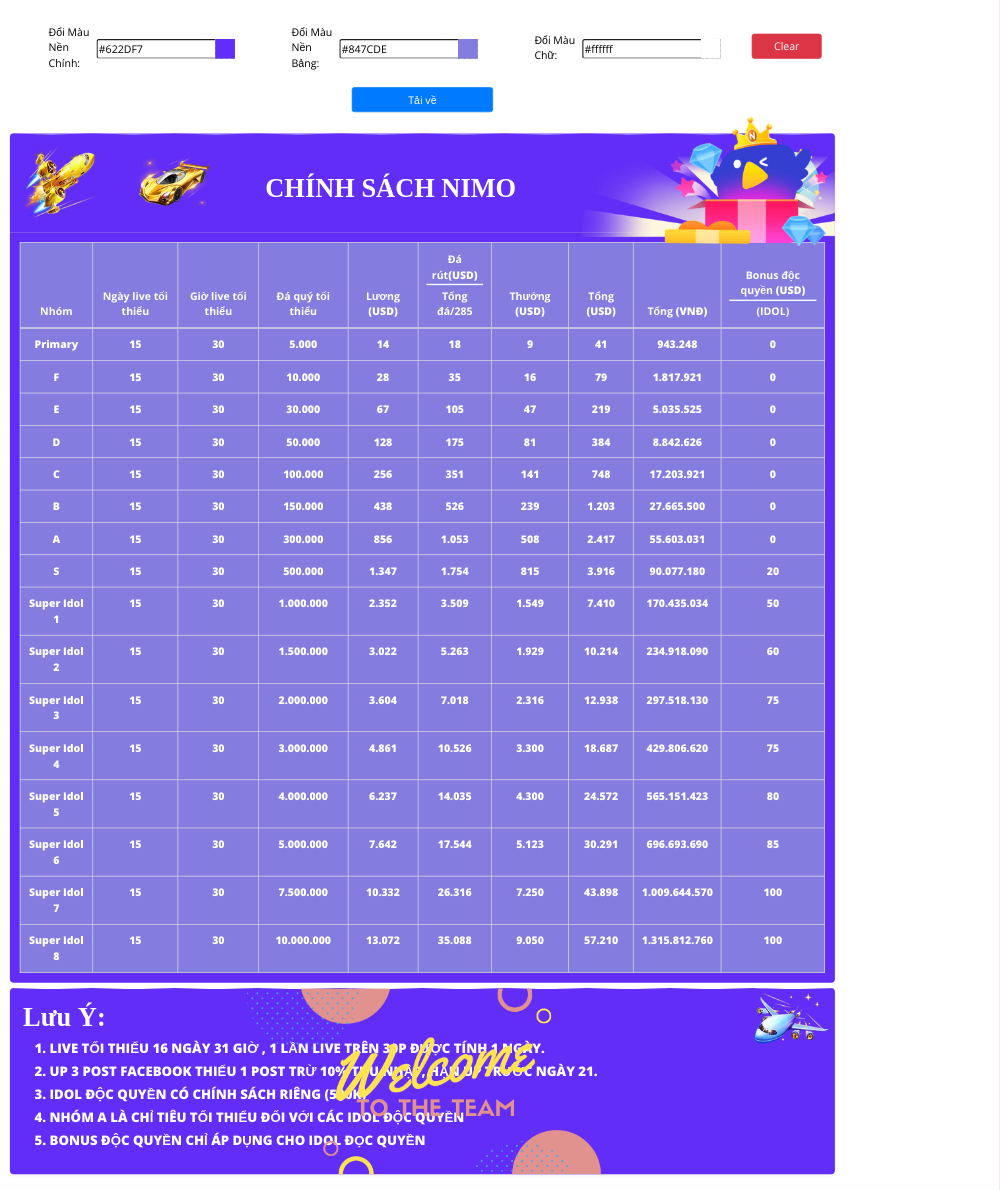
Repository: dav1601/nimo-work
Page: index.html
The author's editor kept a copy of each file at every save. The page is drawn from the files as they stood at one save, then again after a run of saves.
The browser window is 1280 px wide. The page is 1515 px wide, so the pictures cover 1515 px, including what lies to the right of the window. The pictures show the whole page, at 66% of full size.

Above is the page before, as saved 2022-04-15 21:25:34.

### index.html
<!DOCTYPE html>
<html lang="en">

<head>
    <meta charset="UTF-8">
    <meta http-equiv="X-UA-Compatible" content="IE=edge">
    <meta name="viewport" content="width=device-width, initial-scale=1.0">
    <link rel="icon"
        href="https://res.cloudinary.com/vanh-tech/image/upload/v1649967750/201907151563178378869_1599513750510_avatar-2_hbsqzz.png"
        type="image/png">
    <link rel="stylesheet" href="https://cdn.jsdelivr.net/npm/bootstrap@4.6.1/dist/css/bootstrap.min.css"
        integrity="sha384-zCbKRCUGaJDkqS1kPbPd7TveP5iyJE0EjAuZQTgFLD2ylzuqKfdKlfG/eSrtxUkn" crossorigin="anonymous">
    <link rel="stylesheet" href="./Coloris-main/dist/coloris.min.css">
    <script src="https://cdn.jsdelivr.net/npm/jquery@3.5.1/dist/jquery.slim.min.js"
        integrity="sha384-DfXdz2htPH0lsSSs5nCTpuj/zy4C+OGpamoFVy38MVBnE+IbbVYUew+OrCXaRkfj"
        crossorigin="anonymous"></script>
    <script src="https://cdn.jsdelivr.net/npm/popper.js@1.16.1/dist/umd/popper.min.js"
        integrity="sha384-9/reFTGAW83EW2RDu2S0VKaIzap3H66lZH81PoYlFhbGU+6BZp6G7niu735Sk7lN"
        crossorigin="anonymous"></script>
    <script src="https://cdn.jsdelivr.net/npm/bootstrap@4.6.1/dist/js/bootstrap.min.js"
        integrity="sha384-VHvPCCyXqtD5DqJeNxl2dtTyhF78xXNXdkwX1CZeRusQfRKp+tA7hAShOK/B/fQ2"
        crossorigin="anonymous"></script>
    <script src="https://cdnjs.cloudflare.com/ajax/libs/jquery/3.6.0/jquery.min.js"
        integrity="sha512-894YE6QWD5I59HgZOGReFYm4dnWc1Qt5NtvYSaNcOP+u1T9qYdvdihz0PPSiiqn/+/3e7Jo4EaG7TubfWGUrMQ=="
        crossorigin="anonymous" referrerpolicy="no-referrer"></script>
    <script src="https://cdnjs.cloudflare.com/ajax/libs/html2canvas/1.4.1/html2canvas.min.js"
        integrity="sha512-BNaRQnYJYiPSqHHDb58B0yaPfCu+Wgds8Gp/gU33kqBtgNS4tSPHuGibyoeqMV/TJlSKda6FXzoEyYGjTe+vXA=="
        crossorigin="anonymous" referrerpolicy="no-referrer"></script>
    <script src="./Coloris-main/dist/coloris.min.js"></script>


    <title>Chính sách Nimo</title>
</head>

<body>
    <script>
        $(function () {
            $("#color-1").val("#622DF7");
            $("#color-2").val("#847CDE");
            $("#color-3").val("#ffffff");
            $(document).on('change', "#color-1", function () {
                document.documentElement.style.setProperty('--bg-main', $(this).val());
            });
            $(document).on('change', "#color-2", function () {
                document.documentElement.style.setProperty('--bg-table', $(this).val());
            });
            $(document).on('change', "#color-3", function () {
                document.documentElement.style.setProperty('--text-color', $(this).val());
            });
            $("#clear").click(function (e) {
                e.preventDefault();
                $("#color-1").val("#622DF7").change();
                $("#color-2").val("#847CDE").change();
                $("#color-3").val("#ffffff").change();


            });
            Coloris({
                el: '.coloris',
                format: 'hex',
                theme: 'large',
                themeMode: 'dark',
                clearButton: {
                    show: true,
                    label: 'Clear'
                },
            });
            const main = document.documentElement.style.setProperty('--bg-main', '#622DF7');
            const table = document.documentElement.style.setProperty('--bg-table', '#847CDE');
            const text = document.documentElement.style.setProperty('--text-color', '#ffffff');
            $("#down").click(function () {
                html2canvas(document.getElementById("export")).then(function (canvas) {
                    var anchorTag = document.createElement("a");
                    document.body.appendChild(anchorTag);
                    anchorTag.download = "nimo-thuy-do.png";
                    anchorTag.href = canvas.toDataURL();
                    anchorTag.target = '_blank';
                    anchorTag.click();
                });
            });
        });
    </script>
    <style>
        @import url('https://fonts.googleapis.com/css2?family=Open+Sans:ital,wght@0,300;0,400;0,500;0,600;0,700;0,800;1,300;1,400;1,500;1,600;1,700;1,800&display=swap');
        @import url('https://fonts.googleapis.com/css2?family=Montserrat:ital,wght@0,100;0,200;0,300;0,400;0,500;0,600;0,700;0,800;0,900;1,100;1,200;1,300;1,400;1,500;1,600;1,700;1,800&display=swap');
        @import url('https://fonts.googleapis.com/css2?family=Pacifico&display=swap');

        :root {
            --bg-main: #622DF7;
            --bg-table: #847CDE;
            --text-color: #ffffff;
        }

        body {
            color: var(--text-color);
            font-family: 'Open Sans', sans-serif;

        }



        h1 {
            font-family: 'Monument', cursive;
            font-weight: 900;
        }

        header {
            height: auto;
            /* overflow: hidden; */
            padding: 20px;
            background: var(--bg-main);
            height: 150px;
            box-shadow: 0 3px 5px rgba(0, 0, 0, 0.05);
            border-top-left-radius: 6px;
            border-top-right-radius: 6px;
            position: relative;
        }

        footer {
            height: auto;
            padding: 20px;
            background: var(--bg-main);
            box-shadow: 0 3px 5px rgba(0, 0, 0, 0.05);
            border-radius: 6px;
            position: relative;
        }

        .img-1 {
            top: 20px;
        }

        .img-2 {
            right: 385px;
            top: -40px;
        }

        .img-3 {
            left: 165px;
            top: 20px;
        }

        .img-4 {
            right: 600px;
            top: 20px;
        }

        .img-5 {
            left: 320px;
            top: 15px;
        }

        .img-6 {
            left: 480px;
            top: 14px;
        }

        .img-7 {
            right: 0;
            top: -25px;
        }

        .nimo-9 {
            right: 10px;
            top: -15px;
        }

        .nimo-10 {
            right: 60px;
            top: 1px;
        }

        .table {
            color: var(--text-color);
            background: var(--bg-table);
            font-family: 'Open Sans', sans-serif;
            text-align: center;
            font-size: 16px;
            font-weight: 900;
        }

        li {
            font-size: 20px;
            text-transform: uppercase;
            margin-bottom: 5px;
        }

        header:before,
        header:after,
        footer:before,
        footer:after {
            content: "";
            height: 2px;
            position: absolute;
            left: 0;
            right: 0;
            clip-path: polygon(0% 0%, 5% 100%, 10% 0%, 15% 100%, 20% 0%, 25% 100%, 30% 0%, 35% 100%, 40% 0%, 45% 100%, 50% 0%, 55% 100%, 60% 0%, 65% 100%, 70% 0%, 75% 100%, 80% 0%, 85% 100%, 90% 0%, 95% 100%, 100% 0%);
            ;
        }

        header:before,
        footer:before {
            background-color: var(--text-color);
            top: 0;
        }

        /* header:after,
        footer::after {
            background-color: #622DF7;
            bottom: -1px;
        } */
        label {
            color: black;
        }

        input {
            border-radius: 4px;
            outline: none;
            border-color: none;
        }

        #table {
            padding: 15px;
            background: var(--bg-main);
            border-bottom-left-radius: 6px;
            border-bottom-right-radius: 6px;
        }

        .main-header {
            margin-top: 2.5rem !important;
        }

        @media only screen and (max-width: 1366px) {

            .img-2,
            .img-6,
            .img-5 {
                display: none;
            }

            .img-4 {
                right: 14px;
            }

            .img-3 {
                left: 192px;
                top: 20px;
            }

            .nimo-10 {
                right: -250px;
                top: 1px;
            }

            .img-7 {
                right: 0px;
                top: -25px;
            }

        }

        @media only screen and (max-width: 1080px) {
            .img-4 {
                display: none;
            }

            .img-3 {
                left: 130px;
                top: 20px;
            }

            .nimo-10 {
                right: -454px;
                top: 1px;
            }

            .nimo-9 {
                display: none;
            }


        }

        @media only screen and (max-width: 1024px) {
            .img-3 {
                display: none;
            }

            .img-1 {
                left: 65px;
            }
        }
    </style>
    <div id="wrapper">
        <div class="row mx-0 justify-content-center align-items-center my-2">
            <div class="form-group col-3 mx-4 mt-4 d-flex align-items-center justify-content-center ">
                <label for="1" class="mx-2 d-block mt-1">Đổi Màu Nền Chính:</label>
                <input type="text" class="coloris" id="color-1" value="" />
            </div>
            <div class="form-group col-3 mx-4 mt-4 d-flex align-items-center justify-content-center ">
                <label for="2" class="mx-2 d-block mt-1">Đổi Màu Nền Bảng:</label>
                <input type="text" id="color-2" class="coloris" value="" />
            </div>
            <div class="form-group col-3 mx-4 mt-4 d-flex align-items-center justify-content-center ">
                <label for="3" class="mx-2 d-block mt-1">Đổi Màu Chữ:</label>
                <input type="text" id="color-3" class="coloris" value="" />
            </div>
            <button type="button" class="btn btn-danger mx-2 col-1" id="clear">Clear</button>
            <button type="button" class="btn btn-primary col-2" id="down">Tải về</button>
        </div>
        <div class="container-fluid py-4" id="export">
            <header>
                <div class="img-2 position-absolute">
                    <img src="img/img-5.gif" alt="">
                </div>
                <div class="img-1 position-absolute">
                    <img src="img/img-1.webp" alt="">
                </div>
                <div class="img-5 position-absolute">
                    <img src="img/img-3.webp" alt="">
                </div>
                <div class="img-6 position-absolute">
                    <img src="img/img-7.png" alt="">
                </div>
                <div class="img-3 position-absolute">
                    <img src="img/img-2.webp" alt="" width="112" height="112">
                </div>
                <div class="img-4 position-absolute">
                    <img src="img/img-4.png" alt="" width="112" height="112">
                </div>
                <div class="img-7 position-absolute">
                    <img src="img/img-6.png" alt="">
                </div>
                <div class="d-flex justify-content-center align-items-center">
                    <h1 class="text-center text-uppercase   d-inline-block main-header"
                        style="margin-right: 6rem!important;">
                        Chính sách Nimo</h1>
                </div>
            </header>
            <div id="table">
                <table class="table table-bordered mb-0">
                    <thead>
                        <tr>
                            <th scope="col">Nhóm</th>
                            <th scope="col">Ngày live tối thiểu</th>
                            <th scope="col">Giờ live tối thiểu</th>
                            <th scope="col">Đá quý tối thiểu</th>
                            <th scope="col">Lương <strong>(USD)</strong></th>
                            <th scope="col" class=""><span class="d-block mb-1"
                                    style="border-bottom: 2px solid var(--text-color); padding-bottom: 2px ;">Đá
                                    rút<strong>(USD)</strong></span><span>Tổng đá/285</span>
                            </th>
                            <th scope="col">Thưởng <strong>(USD)</strong></th>
                            <th scope="col">Tổng <strong>(USD)</strong></th>
                            <th scope="col">Tổng <strong>(VNĐ)</strong></th>
                            <th scope="col" class=""><span class="d-block mb-1"
                                    style="border-bottom: 2px solid var(--text-color); padding-bottom: 2px ;">Bonus độc
                                    quyền <strong>(USD)</strong></span><span>(IDOL)</span></th>
                        </tr>
                    </thead>
                    <tbody>
                        <tr>
                            <td>Primary</td>
                            <td>15</td>
                            <td>30</td>
                            <td>5.000</td>
                            <td>14</td>
                            <td>18</td>
                            <td>9</td>
                            <td>41</td>
                            <td>943.248</td>
                            <td>0</td>
                        </tr>
                        <tr>
                            <td>F</td>
                            <td>15</td>
                            <td>30</td>
                            <td>10.000</td>
                            <td>28</td>
                            <td>35</td>
                            <td>16</td>
                            <td>79</td>
                            <td>1.817.921</td>
                            <td>0</td>
                        </tr>
                        <tr>
                            <td>E</td>
                            <td>15</td>
                            <td>30</td>
                            <td>30.000</td>
                            <td>67</td>
                            <td>105</td>
                            <td>47</td>
                            <td>219</td>
                            <td>5.035.525</td>
                            <td>0</td>
                        </tr>
                        <tr>
                            <td>D</td>
                            <td>15</td>
                            <td>30</td>
                            <td>50.000</td>
                            <td>128</td>
                            <td>175</td>
                            <td>81</td>
                            <td>384</td>
                            <td>8.842.626</td>
                            <td>0</td>
                        </tr>
                        <tr>
                            <td>C</td>
                            <td>15</td>
                            <td>30</td>
                            <td>100.000</td>
                            <td>256</td>
                            <td>351</td>
                            <td>141</td>
                            <td>748</td>
                            <td>17.203.921</td>
                            <td>0</td>
                        </tr>
                        <tr>
                            <td>B</td>
                            <td>15</td>
                            <td>30</td>
                            <td>150.000</td>
                            <td>438</td>
                            <td>526</td>
                            <td>239</td>
                            <td>1.203</td>
                            <td>27.665.500</td>
                            <td>0</td>
                        </tr>
                        <tr>
                            <td>A</td>
                            <td>15</td>
                            <td>30</td>
                            <td>300.000</td>
                            <td>856</td>
                            <td>1.053</td>
                            <td>508</td>
                            <td>2.417</td>
                            <td>55.603.031</td>
                            <td>0</td>
                        </tr>
                        <tr>
                            <td>S</td>
                            <td>15</td>
                            <td>30</td>
                            <td>500.000</td>
                            <td>1.347</td>
                            <td>1.754</td>
                            <td>815</td>
                            <td>3.916</td>
                            <td>90.077.180</td>
                            <td>20</td>
                        </tr>
                        <tr>
                            <td class="sp">Super Idol 1</td>
                            <td>15</td>
                            <td>30</td>
                            <td>1.000.000</td>
                            <td>2.352</td>
                            <td>3.509</td>
                            <td>1.549</td>
                            <td>7.410</td>
                            <td>170.435.034</td>
                            <td>50</td>
                        </tr>
                        <tr>
                            <td class="sp">Super Idol 2</td>
                            <td>15</td>
                            <td>30</td>
                            <td>1.500.000</td>
                            <td>3.022</td>
                            <td>5.263</td>
                            <td>1.929</td>
                            <td>10.214</td>
                            <td>234.918.090</td>
                            <td>60</td>
                        </tr>
                        <tr>
                            <td class="sp">Super Idol 3</td>
                            <td>15</td>
                            <td>30</td>
                            <td>2.000.000</td>
                            <td>3.604</td>
                            <td>7.018</td>
                            <td>2.316</td>
                            <td>12.938</td>
                            <td>297.518.130</td>
                            <td>75</td>
                        </tr>
                        <tr>
                            <td class="sp">Super Idol 4</td>
                            <td>15</td>
                            <td>30</td>
                            <td>3.000.000</td>
                            <td>4.861</td>
                            <td>10.526</td>
                            <td>3.300</td>
                            <td>18.687</td>
                            <td>429.806.620</td>
                            <td>75</td>
                        </tr>
                        <tr>
                            <td class="sp">Super Idol 5</td>
                            <td>15</td>
                            <td>30</td>
                            <td>4.000.000</td>
                            <td>6.237</td>
                            <td>14.035</td>
                            <td>4.300</td>
                            <td>24.572</td>
                            <td>565.151.423</td>
                            <td>80</td>
                        </tr>
                        <tr>
                            <td class="sp">Super Idol 6</td>
                            <td>15</td>
                            <td>30</td>
                            <td>5.000.000</td>
                            <td>7.642</td>
                            <td>17.544</td>
                            <td>5.123</td>
                            <td>30.291</td>
                            <td>696.693.690</td>
                            <td>85</td>
                        </tr>
                        <tr>
                            <td class="sp">Super Idol 7</td>
                            <td>15</td>
                            <td>30</td>
                            <td>7.500.000</td>
                            <td>10.332</td>
                            <td>26.316</td>
                            <td>7.250</td>
                            <td>43.898</td>
                            <td>1.009.644.570</td>
                            <td>100</td>
                        </tr>
                        <tr>
                            <td class="sp">Super Idol 8</td>
                            <td>15</td>
                            <td>30</td>
                            <td>10.000.000</td>
                            <td>13.072</td>
                            <td>35.088</td>
                            <td>9.050</td>
                            <td>57.210</td>
                            <td>1.315.812.760</td>
                            <td>100</td>
                        </tr>


                    </tbody>
                </table>
            </div>
            <footer class="mt-2">
                <div class="nimo-9 position-absolute">
                    <img src="img/img-8.webp" alt="">
                </div>
                <div class="nimo-10 position-absolute">
                    <img src="img/img-9.png" alt="">
                </div>
                <h1>Lưu Ý:</h1>
                <ol>
                    <style>
                    ol li {
                        font-weight: 900;
                    }
                    </style>
                    <li>live tối thiểu 16 ngày 31 giờ , 1 lần live trên 30p được tính 1 ngày.</li>
                    <li>up 3 post facebook thiếu 1 post trừ 10% thu nhập, hạn up trước ngày 21.</li>
                    <li>idol độc quyền có chính sách riêng (500k)</li>
                    <li>Nhóm A là chỉ tiêu tối thiểu đối với các idol độc quyền</li>
                    <li>Bonus độc quyền chỉ áp dụng cho idol đọc quyền</li>
                </ul>
            </footer>
        </div>
    </div>

</body>


</html>

Loaded but not shown: Coloris-main/dist/coloris.min.css (library); Coloris-main/dist/coloris.min.js (library)

After the next 3 saves:
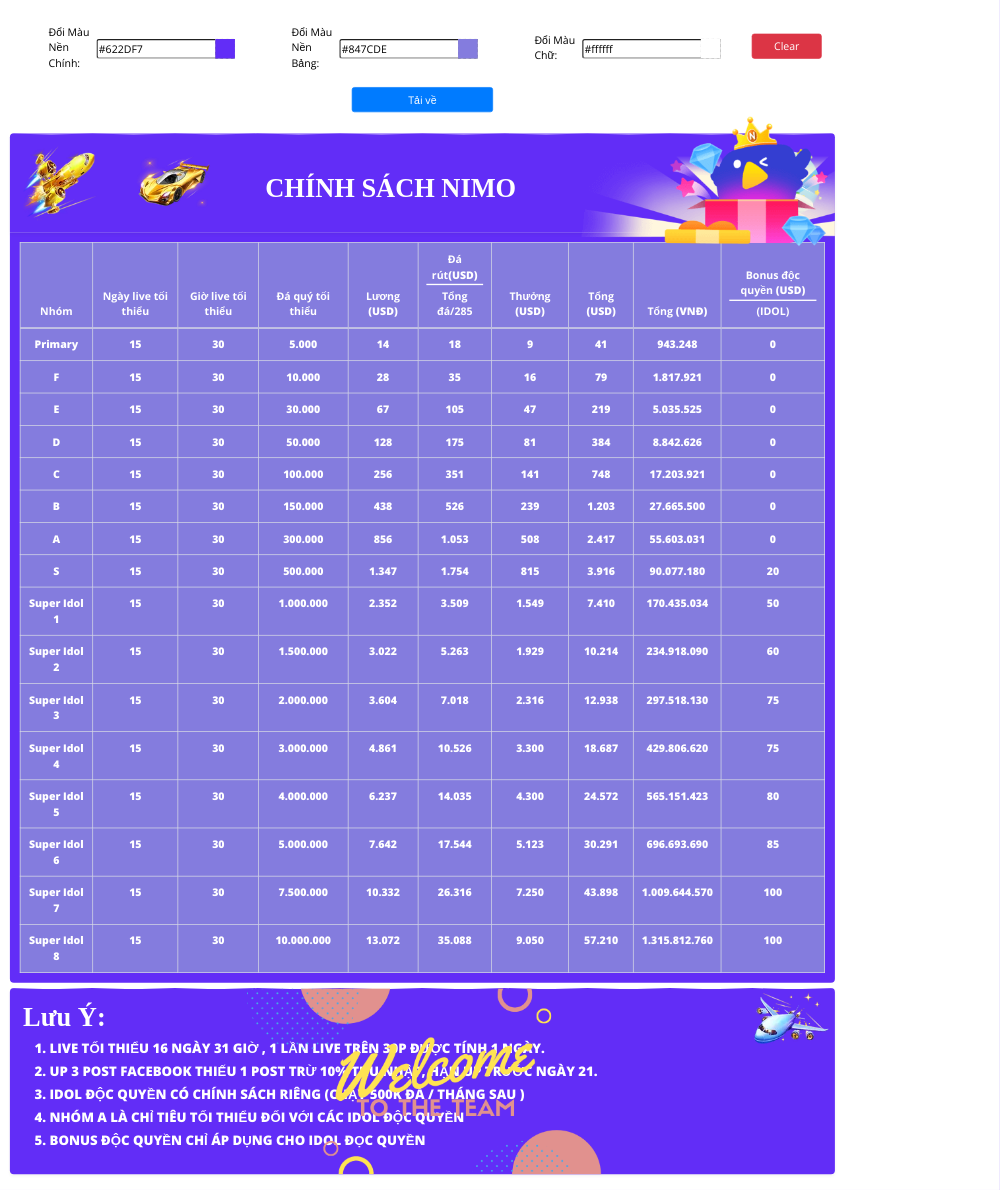
The 3 saves are shown as one change because they came seconds apart.
The last was saved 10 s later.
--- a/index.html
+++ b/index.html
@@ -571,7 +571,7 @@
                     </style>
                     <li>live tối thiểu 16 ngày 31 giờ , 1 lần live trên 30p được tính 1 ngày.</li>
                     <li>up 3 post facebook thiếu 1 post trừ 10% thu nhập, hạn up trước ngày 21.</li>
-                    <li>idol độc quyền có chính sách riêng (500k)</li>
+                    <li>idol độc quyền có chính sách riêng (chạy 500k đá / tháng sau )</li>
                     <li>Nhóm A là chỉ tiêu tối thiểu đối với các idol độc quyền</li>
                     <li>Bonus độc quyền chỉ áp dụng cho idol đọc quyền</li>
                 </ul>
